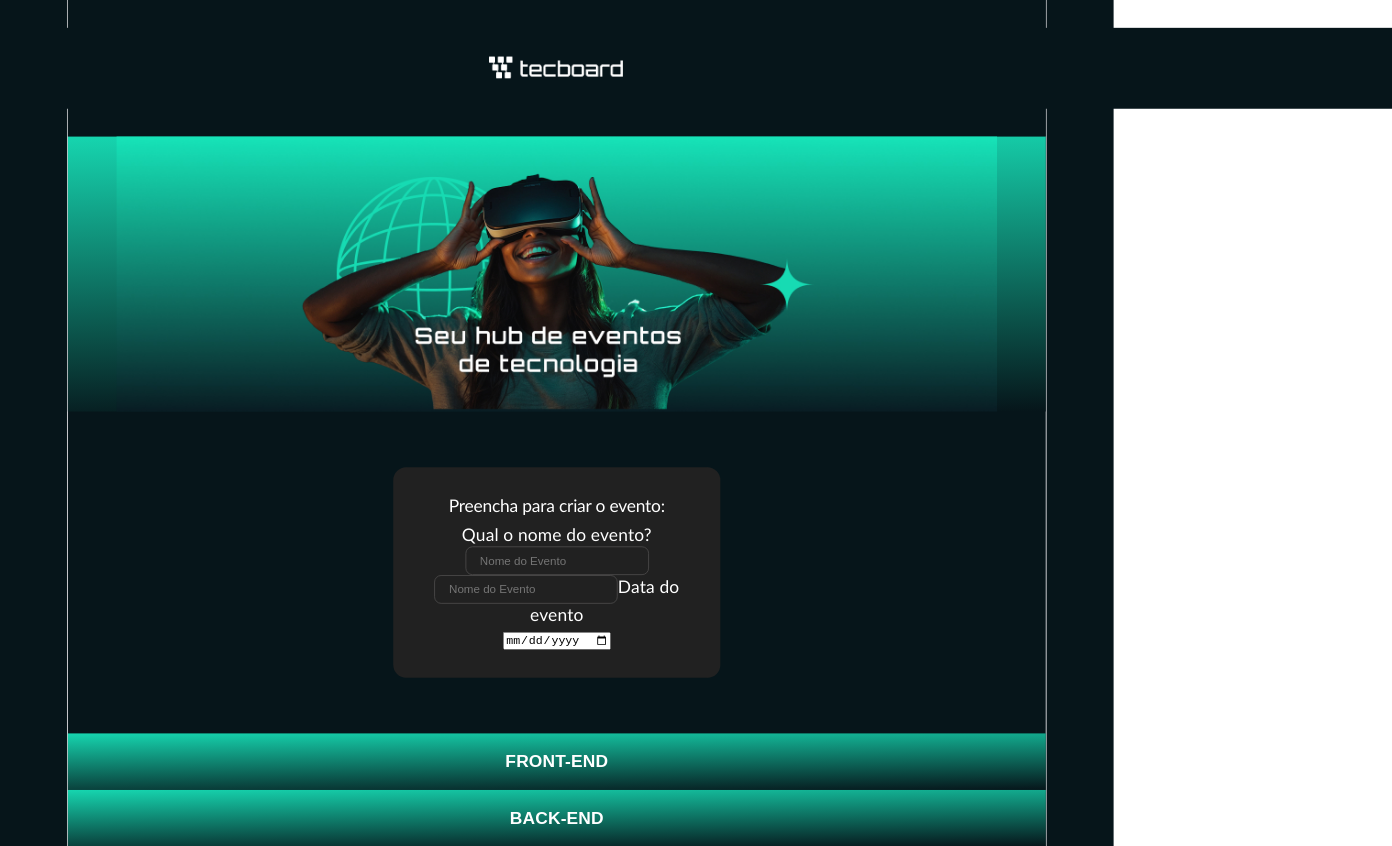
Repository: fernandadev12/techboard
Page: /
The author's editor kept a copy of each file at every save. The page is drawn from the files as they stood at one save, then again after the next save.
The browser window is 1280 px wide. The page is 1600 px wide, so the pictures cover 1600 px, including what lies to the right of the window. The pictures show the whole page, at 87% of full size.
The project was rebuilt for these pictures with package versions that can differ from the ones it lists, and the page was loaded fresh each time. Also part of the build but not shown: vite.config.js, src/componentes/Botao/index.jsx.

Above is the page before, as saved 2026-06-14 14:50:57.

### index.html
<!doctype html>
<html lang="en">
  <head>
    <meta charset="UTF-8" />
    <link rel="icon" type="image/svg+xml" href="/favicon.svg" />
    <meta name="viewport" content="width=device-width, initial-scale=1.0" />
    <link rel="preconnect" href="https://fonts.googleapis.com" />
    <link rel="preconnect" href="https://fonts.gstatic.com" crossorigin />
    <link
      href="https://fonts.googleapis.com/css2?family=Orbitron:wght@400..900&display=swap"
      rel="stylesheet"
    />
    <title>techboard</title>
  </head>
  <body>
    <div id="root"></div>
    <script type="module" src="/src/main.jsx"></script>
  </body>
</html>

### src/index.css
:root {
  --text: #6b6375;
  --text-h: #08060d;
  --bg: #fff;
  --border: #e5e4e7;
  --code-bg: #f4f3ec;
  --accent: #aa3bff;
  --accent-bg: rgba(170, 59, 255, 0.1);
  --accent-border: rgba(170, 59, 255, 0.5);
  --social-bg: rgba(244, 243, 236, 0.5);
  --shadow:
    rgba(0, 0, 0, 0.1) 0 10px 15px -3px, rgba(0, 0, 0, 0.05) 0 4px 6px -2px;

  --sans: system-ui, "Segoe UI", Roboto, sans-serif;
  --heading: system-ui, "Segoe UI", Roboto, sans-serif;
  --mono: ui-monospace, Consolas, monospace;

  font: 18px/145% var(--sans);
  letter-spacing: 0.18px;
  color-scheme: light dark;
  color: var(--text);
  background: var(--bg);
  font-synthesis: none;
  text-rendering: optimizeLegibility;
  -webkit-font-smoothing: antialiased;
  -moz-osx-font-smoothing: grayscale;

  @media (max-width: 1024px) {
    font-size: 16px;
  }
}

@media (prefers-color-scheme: dark) {
  :root {
    --text: #9ca3af;
    --text-h: #f3f4f6;
    --bg: #16171d;
    --border: #2e303a;
    --code-bg: #1f2028;
    --accent: #c084fc;
    --accent-bg: rgba(192, 132, 252, 0.15);
    --accent-border: rgba(192, 132, 252, 0.5);
    --social-bg: rgba(47, 48, 58, 0.5);
    --shadow:
      rgba(0, 0, 0, 0.4) 0 10px 15px -3px, rgba(0, 0, 0, 0.25) 0 4px 6px -2px;
  }

  #social .button-icon {
    filter: invert(1) brightness(2);
  }
}

body {
  margin: 0;
  background-color: #06151a;
}

#root {
  width: 1126px;
  max-width: 100%;
  margin: 0 auto;
  text-align: center;
  border-inline: 1px solid var(--border);
  min-height: 100svh;
  display: flex;
  flex-direction: column;
  box-sizing: border-box;
}

h1,
h2 {
  font-family: var(--heading);
  font-weight: 500;
  color: var(--text-h);
}

h1 {
  font-size: 56px;
  letter-spacing: -1.68px;
  margin: 32px 0;
  @media (max-width: 1024px) {
    font-size: 36px;
    margin: 20px 0;
  }
}
h2 {
  font-size: 24px;
  line-height: 118%;
  letter-spacing: -0.24px;
  margin: 0 0 8px;
  @media (max-width: 1024px) {
    font-size: 20px;
  }
}
p {
  margin: 0;
}

code,
.counter {
  font-family: var(--mono);
  display: inline-flex;
  border-radius: 4px;
  color: var(--text-h);
}

code {
  font-size: 15px;
  line-height: 135%;
  padding: 4px 8px;
  background: var(--code-bg);
}

### src/App.jsx
import "./App.css";
import { Banner } from "./componentes/Banner";
import { Tema } from "./componentes/Tema";
import { FormularioDeEvento } from "./componentes/FormularioDeEvento";

function App() {
  const temas = [
    {
      id: 1,
      nome: "Front-end",
    },
    {
      id: 2,
      nome: "Back-end",
    },
    {
      id: 3,
      nome: "Mobile",
    },
    {
      id: 4,
      nome: "DevOps",
    },
    {
      id: 5,
      nome: "Inteligência Artificial",
    },
    {
      id: 6,
      nome: "Cloud",
    },
  ];

  return (
    <main>
      <header>
        <img src="/Header.png"></img>
      </header>
      <Banner />
      <FormularioDeEvento />
      <section>
        <Tema tema={temas[0]} />
      </section>
      <section>
        <Tema tema={temas[1]} />
      </section>
    </main>
  );
}

export default App;

### src/App.css
header {
  background-color: #06151a;
  padding: 32px;
  display: flex;
  justify-content: center;
}
section {
  background: linear-gradient(179deg, #16d5af 0%, #06151a);
  display: flex;
  justify-content: center;
}
section img {
  max-width: 90%;
}

.form-evento {
  background-color: #212121;
  padding: 32px 28px;
  border-radius: 15px;
  width: 394px;
  margin: 64px auto;
  max-width: 320px;
}
.hero {
  position: relative;

  .base,
  .framework,
  .vite {
    inset-inline: 0;
    margin: 0 auto;
  }

  .base {
    width: 170px;
    position: relative;
    z-index: 0;
  }

  .framework,
  .vite {
    position: absolute;
  }

  .framework {
    z-index: 1;
    top: 34px;
    height: 28px;
    transform: perspective(2000px) rotateZ(300deg) rotateX(44deg) rotateY(39deg)
      scale(1.4);
  }

  .vite {
    z-index: 0;
    top: 107px;
    height: 26px;
    width: auto;
    transform: perspective(2000px) rotateZ(300deg) rotateX(40deg) rotateY(39deg)
      scale(0.8);
  }
}

#center {
  display: flex;
  flex-direction: column;
  gap: 25px;
  place-content: center;
  place-items: center;
  flex-grow: 1;

  @media (max-width: 1024px) {
    padding: 32px 20px 24px;
    gap: 18px;
  }
}

#next-steps {
  display: flex;
  border-top: 1px solid var(--border);
  text-align: left;

  & > div {
    flex: 1 1 0;
    padding: 32px;
    @media (max-width: 1024px) {
      padding: 24px 20px;
    }
  }

  .icon {
    margin-bottom: 16px;
    width: 22px;
    height: 22px;
  }

  @media (max-width: 1024px) {
    flex-direction: column;
    text-align: center;
  }
}

#docs {
  border-right: 1px solid var(--border);

  @media (max-width: 1024px) {
    border-right: none;
    border-bottom: 1px solid var(--border);
  }
}

#next-steps ul {
  list-style: none;
  padding: 0;
  display: flex;
  gap: 8px;
  margin: 32px 0 0;

  .logo {
    height: 18px;
  }

  a {
    color: var(--text-h);
    font-size: 16px;
    border-radius: 6px;
    background: var(--social-bg);
    display: flex;
    padding: 6px 12px;
    align-items: center;
    gap: 8px;
    text-decoration: none;
    transition: box-shadow 0.3s;

    &:hover {
      box-shadow: var(--shadow);
    }
    .button-icon {
      height: 18px;
      width: 18px;
    }
  }

  @media (max-width: 1024px) {
    margin-top: 20px;
    flex-wrap: wrap;
    justify-content: center;

    li {
      flex: 1 1 calc(50% - 8px);
    }

    a {
      width: 100%;
      justify-content: center;
      box-sizing: border-box;
    }
  }
}

#spacer {
  height: 88px;
  border-top: 1px solid var(--border);
  @media (max-width: 1024px) {
    height: 48px;
  }
}

.ticks {
  position: relative;
  width: 100%;

  &::before,
  &::after {
    content: "";
    position: absolute;
    top: -4.5px;
    border: 5px solid transparent;
  }

  &::before {
    left: 0;
    border-left-color: var(--border);
  }
  &::after {
    right: 0;
    border-right-color: var(--border);
  }
}

### src/componentes/Banner/index.jsx
import "./bannerstyles.css";

export function Banner() {
  return (
    <section className="banner">
      <img src="/Banner.jpg"></img>
    </section>
  );
}

### src/componentes/Tema/index.jsx
import "./temastyles.css";

export function Tema({ tema }) {
  return <h3 className="titulotema">{tema.nome}</h3>;
}

### src/componentes/FormularioDeEvento/index.jsx
import { TituloFormulario } from "../TituloFormulario";
import { CampoFormulario } from "../CampoDeFormulario";
import { BotaoFormulario } from "../Botao";
import { LabelFormulario } from "../Label";
import { CampoDeEntrada } from "../CampoDeEntrada";

export function FormularioDeEvento() {
  return (
    <form className="form-evento">
      <TituloFormulario> Preencha para criar o evento:</TituloFormulario>
      <LabelFormulario htmlFor="nome">Qual o nome do evento?</LabelFormulario>
      <CampoDeEntrada
        type="text"
        id="nome"
        placeholder="Nome do Evento"
        name="nomeEvento"
      />
      <CampoDeEntrada
        type="text"
        id="nome"
        placeholder="Nome do Evento"
        name="nomeEvento"
      />

      <LabelFormulario htmlFor="dataEvento">Data do evento</LabelFormulario>
      <CampoFormulario />
      <input type="date" id="dataEvento" name="dataEvento" />
    </form>
  );
}

### src/componentes/Banner/bannerstyles.css
.banner {
  background: linear-gradient(179deg, #16d5af 0%, #06151a);
  display: flex;
  justify-content: center;
}

.banner img {
  max-width: 90%;
}

### src/componentes/Tema/temastyles.css
.titulotema {
  color: #fff;
  font-family: "Orbiton", sans-serif;
  font-weight: 600;
  font-size: 20px;
  line-height: 125%;
  letter-spacing: 10%;
  vertical-align: middle;
  text-transform: uppercase;
}

### src/componentes/TituloFormulario/index.jsx
import "./titulostyle.css";

// export function TituloFormulario() {
//   return <h3 class="tituloform">Preencha para criar um evento:</h3>;
// }
export function TituloFormulario({ children }) {
  return <h2 className="tituloform">{children}</h2>;
}

### src/componentes/CampoDeFormulario/index.jsx
import "./campoformestyles.css";

export function CampoFormulario({ children }) {
  return <fieldset className="campoform">{children}</fieldset>;
}

### src/componentes/Label/index.jsx
import "./labelstyles.css";

export function LabelFormulario({ children, htmlFor }) {
  return (
    <label className="label" htmlFor={htmlFor}>
      {children}
    </label>
  );
}

### src/componentes/CampoDeEntrada/index.jsx
import "./campoentradastyles.css";

export function CampoDeEntrada(props) {
  return <input className="campoformularioinput" {...props} />;
}

### src/componentes/TituloFormulario/titulostyle.css
.tituloform {
  font-family:
    "Trebuchet MS", "Lucida Sans Unicode", "Lucida Grande", "Lucida Sans",
    Arial, sans-serif;
  font-weight: 400;
  font-size: 20px;
  line-height: 125%;
  color: #fff;
}

### src/componentes/CampoDeFormulario/campoformestyles.css
.campoform {
  display: flex;
  flex-direction: column;
  gap: 8px;
  border: none;
  padding: 0;
  margin: 0;
}

### src/componentes/Label/labelstyles.css
.label {
  font-family:
    "Trebuchet MS", "Lucida Sans Unicode", "Lucida Grande", "Lucida Sans",
    Arial, sans-serif;
  font-weight: 400;
  font-size: 20px;
  line-height: 125%;
  color: #fff;
}

### src/componentes/CampoDeEntrada/campoentradastyles.css
.campoformularioinput {
  border-radius: 8px;
  background-color: transparent;
  border: 1px solid #4a4949;
  color: #fff;
  padding: 8px 16px;
}

.campoformularioinput:placeholder {
  color: #4a4949;
}

Loaded but not shown: src/main.jsx (common file)

After the next save:
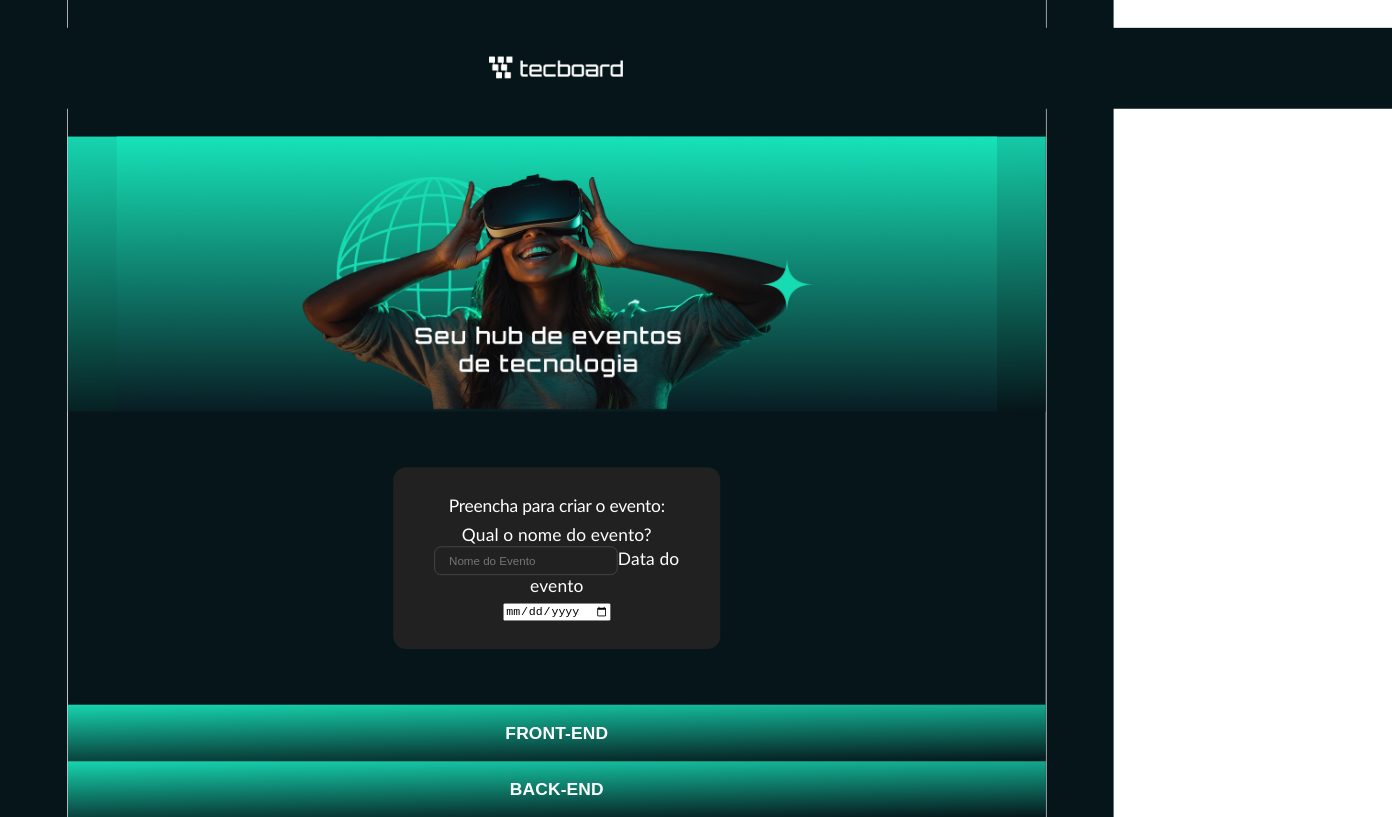
Saved 10 s later.
--- a/src/componentes/FormularioDeEvento/index.jsx
+++ b/src/componentes/FormularioDeEvento/index.jsx
@@ -15,12 +15,6 @@
         placeholder="Nome do Evento"
         name="nomeEvento"
       />
-      <CampoDeEntrada
-        type="text"
-        id="nome"
-        placeholder="Nome do Evento"
-        name="nomeEvento"
-      />
 
       <LabelFormulario htmlFor="dataEvento">Data do evento</LabelFormulario>
       <CampoFormulario />
